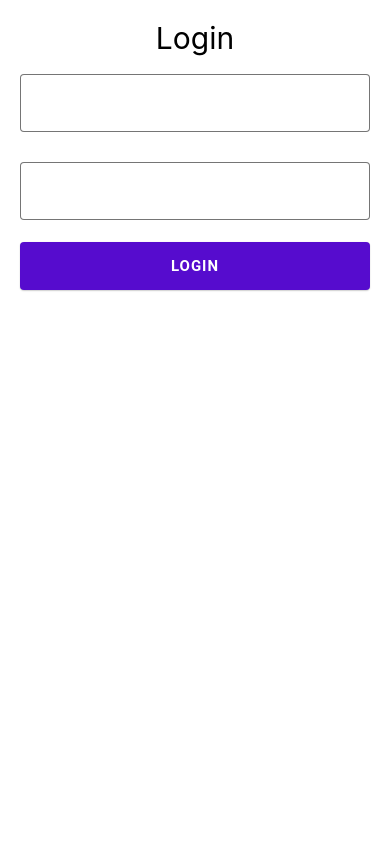
Repository: hatemdiwani/mobile-app
Screen: /
These files come from the project's save history. The screen is drawn as it stood at one moment and after the next save; the edit follows.
The app was drawn by React Native's web renderer in a window 390 px wide. The project was rebuilt for these pictures with package versions that can differ from the ones it lists, and the page was loaded fresh each time. Also part of the build but not shown: src/components/general/AppBar.js, src/screens/Home/Home.js, src/navigation/Home.js.

Above is the screen before, as saved 2022-10-04 15:49:51.

### App.js
/**
 * Sample React Native App
 * https://github.com/facebook/react-native
 *
 * @format
 * @flow strict-local
 */

import React from 'react';
import { Provider } from 'react-redux';
import { Provider as PaperProvider } from 'react-native-paper'
import Main from './src/navigation/Main';
import { store } from './src/redux/app/store';
import { theme } from './src/core/theme';

const App = () => {
  return (
    <Provider store={store}>
      <PaperProvider theme={theme}  >
        <Main />
      </PaperProvider>
    </Provider>
  );
};


export default App;

### src/navigation/Main.js
import React from 'react'
import { useSelector } from 'react-redux'
import Home from './Home'
import Auth from './Auth'
import { View } from 'react-native'
const Main = () => {

    const { token } = useSelector(state => state.auth)

    return (
        <View >
            {
                token
                    ?
                    <Home />
                    :
                    <Auth />
            }
        </View>
    )
}

export default Main

### src/redux/app/store.js
import { configureStore } from '@reduxjs/toolkit';
import authReducer from '../features/authSlice'

export const store = configureStore({
  reducer: {
   auth : authReducer
  }
});

### src/core/theme.js
import { DefaultTheme } from 'react-native-paper'

export const theme = {
  ...DefaultTheme,
  colors: {
    ...DefaultTheme.colors,
    text: '#000000',
    primary: '#560CCE',
    secondary: '#414757',
    error: '#f13a59',
  },
}

### src/navigation/Auth.js
import React from 'react'
import Login from '../screens/auth/Login'

const Auth = () => {
    return (
        <>
            <Login />
        </>
    )
}

export default Auth

### src/redux/features/authSlice.js
import { createSlice } from "@reduxjs/toolkit"

const authSlice = createSlice({
  name: "auth",
  initialState: {
    token: null
  },
  reducers: {
    setToken : (state ,action) => {
        state.token = action.payload.token
    }
  }
})

export const { setToken } = authSlice.actions

export default authSlice.reducer

### src/screens/auth/Login.js
import React, { useState } from 'react'
import { Text, View, StyleSheet } from 'react-native'
import { useDispatch, useSelector } from 'react-redux'
import Button from '../../components/general/Button'
import Input from '../../components/general/Input'
import { setToken } from '../../redux/features/authSlice'
const Login = () => {

    const [username, setusername] = useState('')
    const [password, setpassword] = useState('')

    const dispatch = useDispatch()
    const login = () => {
        fetch('https://dummyjson.com/auth/login', {
            method: 'POST',
            headers: { 'Content-Type': 'application/json' },
            body: JSON.stringify({

                username: username /* 'kminchelle' */,
                password: password /* '0lelplR' */,
                // expiresInMins: 60, // optional
            })
        })
            .then(res => {
                return res.json()
            })
            .then(data => {
                // Work with JSON data here
                console.log(data);
                dispatch(setToken({ token: data.token }))
            })
            .then(console.log);
    }

    const {token} = useSelector(state => state.auth)

    return (
        <View style={styles.loginScreen} >
            <Text style={styles.title} >Login</Text>
            <Input value={username} handleChange={text => setusername(text)} />
            <Input value={password} handleChange={text => setpassword(text)} />
            <Button mode="contained" onPress={login}>
                Login
            </Button>
        </View>
    )
}

const styles = StyleSheet.create({
    loginScreen: {
        display: 'flex',
        justifyContent: 'center',
        alignItems: 'center',
        width: '100%',
        height: '100%',
        padding: 20
    },
    title: {
        color: 'black',
        textAlign: 'center',
        fontSize: 30
    }
})

export default Login

### src/components/general/Button.js
import React from 'react'
import { StyleSheet } from 'react-native'
import { Button as PaperButton } from 'react-native-paper'
import { theme } from '../../core/theme'

export default function Button({ mode, style, ...props }) {
  return (
    <PaperButton
      style={[
        styles.button,
        mode === 'outlined' && { backgroundColor: theme.colors.surface },
        style,
      ]}
      labelStyle={styles.text}
      mode={mode}
      {...props}
    />
  )
}

const styles = StyleSheet.create({
  button: {
    width: '100%',
    marginVertical: 10,
    paddingVertical: 2,
  },
  text: {
    fontWeight: 'bold',
    fontSize: 15,
    lineHeight: 26,
  },
})

### src/components/general/Input.js
import React from 'react'
import { View, StyleSheet, Text } from 'react-native'
import { TextInput as Input } from 'react-native-paper'
import { theme } from '../../core/theme'

export default function TextInput({ errorText, description,value , handleChange, ...props }) {
    return (
        <View style={styles.container}>
            <Input

                value={value}
                onChangeText={handleChange}
                style={styles.input}
                selectionColor={theme.colors.primary}
                underlineColor="transparent"
                mode="outlined"
                {...props}
            />
            {description && !errorText ? (
                <Text style={styles.description}>{description}</Text>
            ) : null}
            {errorText ? <Text style={styles.error}>{errorText}</Text> : null}
        </View>
    )
}

const styles = StyleSheet.create({
    container: {
        width: '100%',
        marginVertical: 12,
    },
    input: {
        backgroundColor: theme.colors.surface,
    },
    description: {
        fontSize: 13,
        color: theme.colors.secondary,
        paddingTop: 8,
    },
    error: {
        fontSize: 13,
        color: theme.colors.error,
        paddingTop: 8,
    },
})

After the next save:
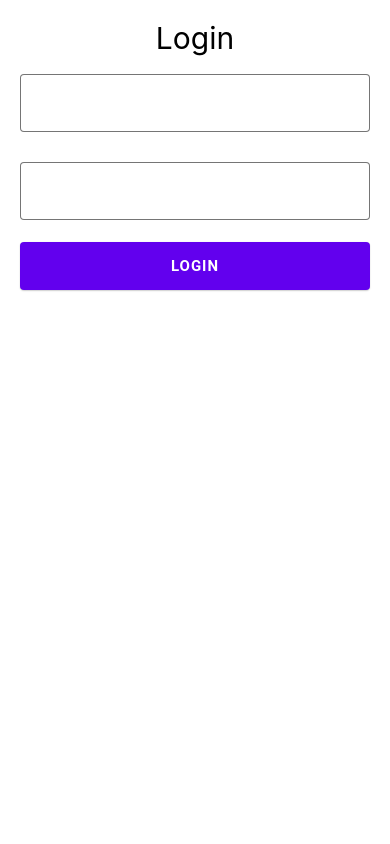
Saved 70 s later.
--- a/App.js
+++ b/App.js
@@ -16,9 +16,9 @@
 const App = () => {
   return (
     <Provider store={store}>
-      <PaperProvider theme={theme}  >
+      {/* <PaperProvider theme={theme}  > */}
         <Main />
-      </PaperProvider>
+      {/* </PaperProvider> */}
     </Provider>
   );
 };

After the save that followed:
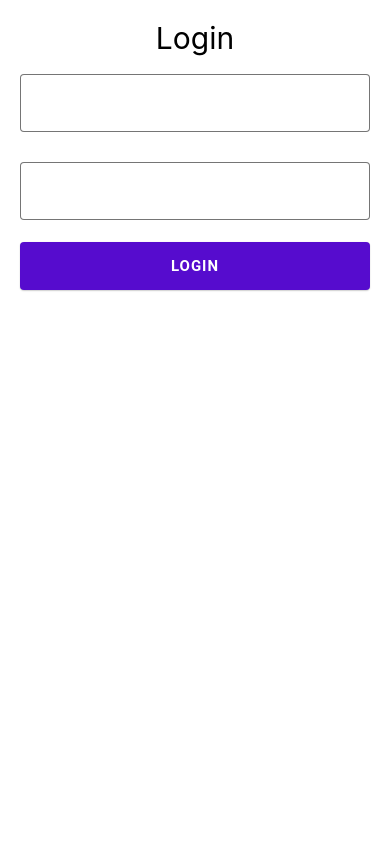
Saved 5 s later.
--- a/App.js
+++ b/App.js
@@ -16,9 +16,9 @@
 const App = () => {
   return (
     <Provider store={store}>
-      {/* <PaperProvider theme={theme}  > */}
+      <PaperProvider theme={theme}  >
         <Main />
-      {/* </PaperProvider> */}
+      </PaperProvider>
     </Provider>
   );
 };
